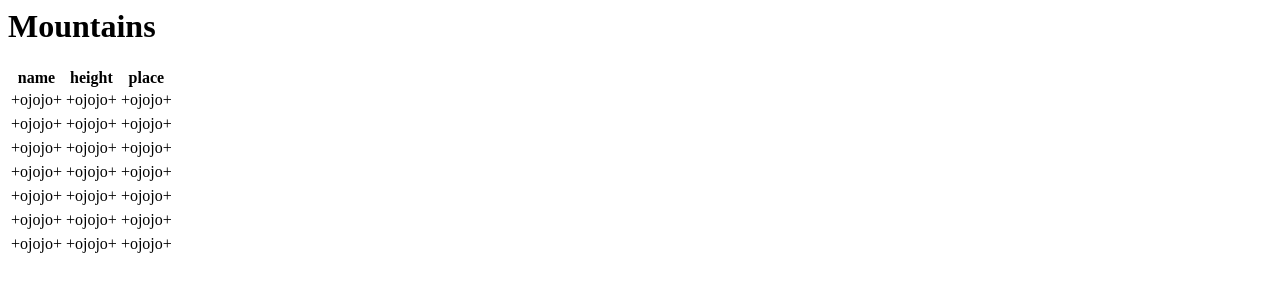
Repository: adamkonopka1991/Uni
Page: Kiez App/8.1/index.html
The author's editor kept a record of every edit. The page is drawn from the files as they stood at one moment, then again after the next edit.
The browser window is 1280 px wide. The pictures show the whole page.

Above is the page before.

After the next edit:
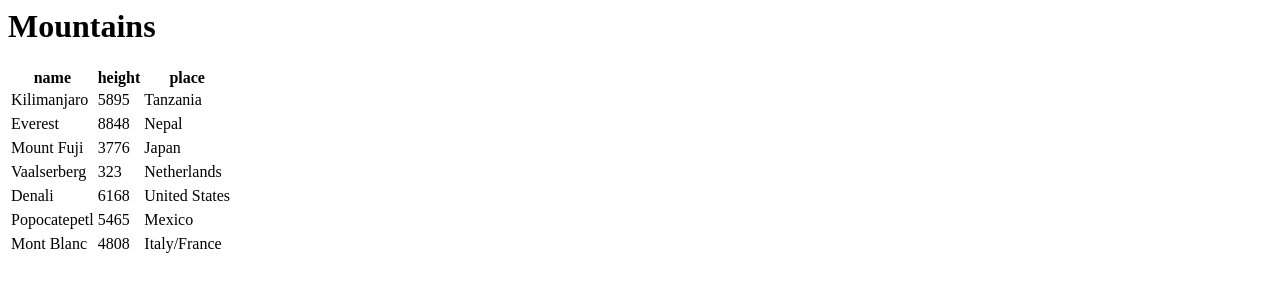
The edit:
--- a/Kiez App/8.1/index.html
+++ b/Kiez App/8.1/index.html
@@ -32,7 +32,7 @@
            output+= "</tr><tr>";
            for(let z=0; z<keys.length; z++)
                {
-                   output+= "<td>+ojojo+</td>";
+                   output+= "<td>"+ array[i][keys[z]]+"</td>";
                }
            output+= "</tr>";
 
